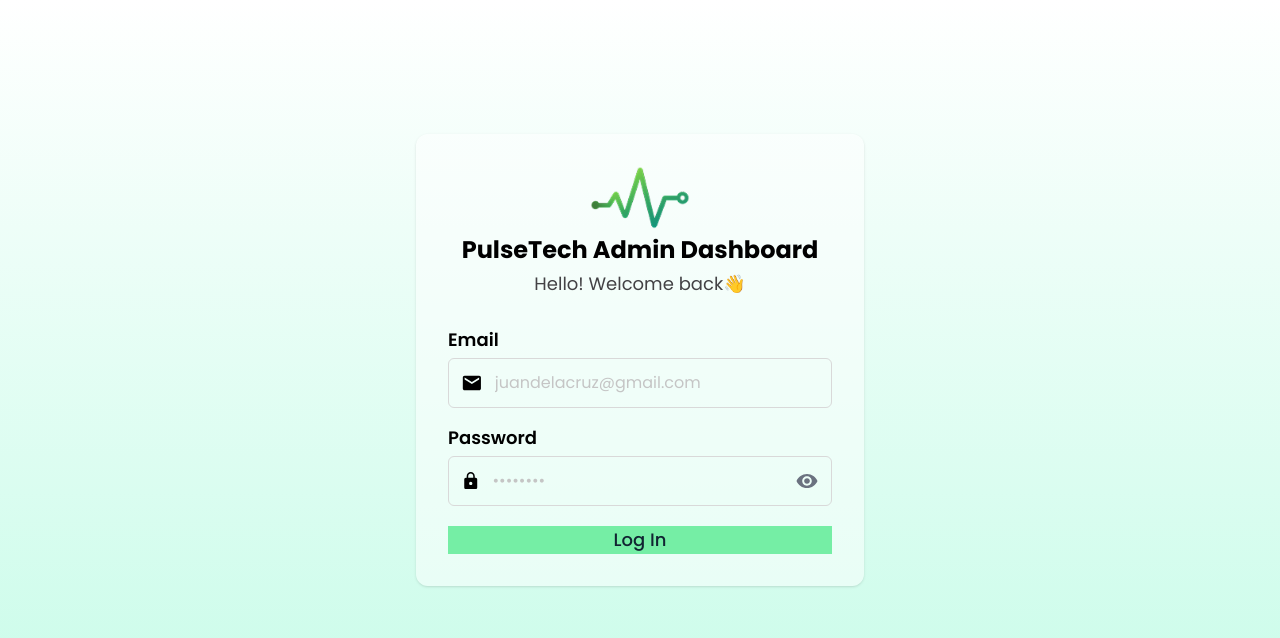
Repository: ShyrineJardin/pulse_admin
Page: /
An editor plug-in stored every save of this project. The page is shown before and after the next save, followed by the edit.
The browser window is 1280 px wide. The pictures show the whole page.
The project was rebuilt for these pictures with package versions that can differ from the ones it lists, and the page was loaded fresh each time.

Above is the page before, as saved 2026-03-25 11:30:29.

### src/index.css
@import url('https://fonts.googleapis.com/css2?family=Inter:ital,opsz,wght@0,14..32,100..900;1,14..32,100..900&family=Poppins:ital,wght@0,100;0,200;0,300;0,400;0,500;0,600;0,700;0,800;0,900;1,100;1,200;1,300;1,400;1,500;1,600;1,700;1,800;1,900&display=swap');

@tailwind base;
@tailwind components;
@tailwind utilities;

*{
    margin: 0;
    padding: 0;
    box-sizing: border-box;
}

body {
    font-family: poppins, sans-serif;
}

### src/App.js
import Login from "./components/Login";

function App() {
  return (
    <div className="App">
      <Login />
    </div>
  );
}

export default App;

### src/components/Login.jsx
import {React, useState} from "react";
import { MdEmail, MdLock } from "react-icons/md";
import { IoMdEye, IoMdEyeOff } from "react-icons/io";



const Login = () => {
  const [showPassword, setShowPassword] = useState(false);

  return (
   <div className="flex items-center justify-center h-screen bg-gradient-to-b from-white to-[#C9FCE9]">
        <div className="w-full max-w-sm md:max-w-md p-8 space-y-6 bg-white/50 rounded-xl shadow">
            <div className="flex flex-col text-center gap-1">
                <img src="/logo.png" alt="pulse logo" className="lg:h-16 h-14 mx-auto" />
                <h2 className="font-bold text-xl lg:text-2xl">PulseTech Admin Dashboard</h2>
                <p className="text-subtext text-base lg:text-lg">Hello! Welcome back👋</p>

                <form action="">
                    <div className="flex flex-col gap-4 mt-6">
                        <div className="flex flex-col gap-1">
                            <h3 className="text-left font-semibold text-lg">Email</h3>
                            <div className="flex items-center gap-3 bg-#F6F6F6 p-3 border border-[#D9D9D9] rounded-md focus-within:ring-2 focus-within:ring-primary">
                                <MdEmail className="h-6 w-6" />
                                <input type="email" placeholder="juandelacruz@gmail.com" className=" placeholder:text-[#C5C5C5] bg-transparent outline-none w-full" />
                            </div>
                        </div>
                        <div className="flex flex-col gap-1">
                            <h3 className="text-left font-semibold text-lg">Password</h3>
                            <div className="flex items-center gap-3 bg-#F6F6F6 p-3 border border-[#D9D9D9] rounded-md focus-within:ring-2 focus-within:ring-primary">
                                <MdLock className="h-6 w-6" />
                                <input
                                    type={showPassword ? "text" : "password"}
                                    placeholder="••••••••"
                                    className="placeholder:text-[#C5C5C5] bg-transparent outline-none w-full"
                                />
                                <button
                                    type="button"
                                    onClick={() => setShowPassword(!showPassword)}
                                    className="text-gray-500 hover:text-gray-700"
                                >
                                    {showPassword ? <IoMdEyeOff className="h-6 w-6" /> : <IoMdEye className="h-6 w-6" />}
                                </button>
                            </div>
                        </div>
                    </div>
                </form>

                <div className="flex items-center justify-between mt-4">

                    <button className="text-btn-text font-medium bg-primary w-full text-lg p-">Log In</button>
                </div>
            </div>

        </div>
    </div>
  );
}

export default Login;

### tailwind.config.js
/** @type {import('tailwindcss').Config} */
module.exports = {
  content: [
    "./src/**/*.{js,jsx,ts,tsx}",
  ],
  theme: {
    extend: {
        colors: {
          'subtext': '#434245',
          'primary': '#75EEA5',
          'btn-text': '#112432',
        },
    }
  },
  plugins: [],
}

Loaded but not shown: public/index.html (common file); src/index.js (common file); src/reportWebVitals.js (common file)

After the next save:
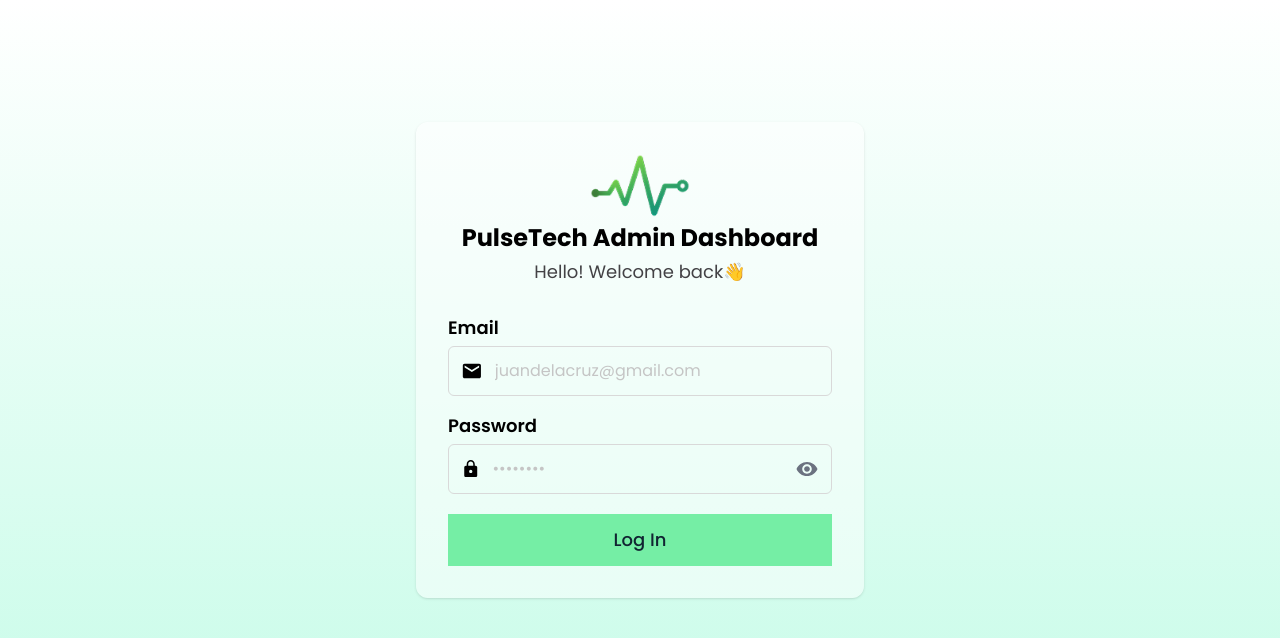
Saved 6 s later.
--- a/src/components/Login.jsx
+++ b/src/components/Login.jsx
@@ -47,7 +47,7 @@ const Login = () => {
 
                 <div className="flex items-center justify-between mt-4">
 
-                    <button className="text-btn-text font-medium bg-primary w-full text-lg p-">Log In</button>
+                    <button className="text-btn-text font-medium bg-primary w-full text-lg p-3">Log In</button>
                 </div>
             </div>
 
